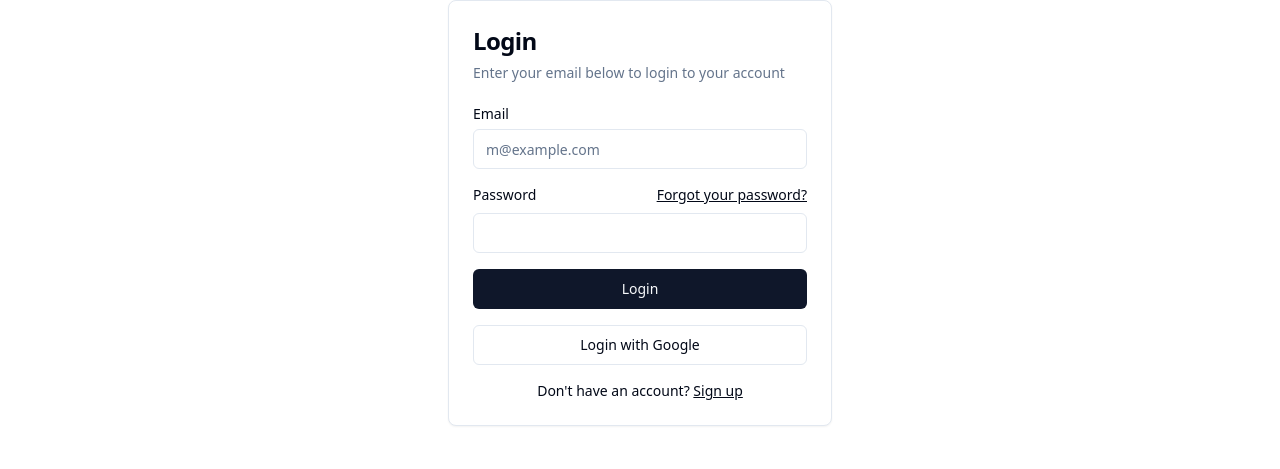
Repository: ifeanyidavid/yabta
Page: / (app in frontend/)
An editor plug-in stored every save of this project. The page is shown before and after a run of saves, followed by the edit.
The browser window is 1280 px wide. The pictures show the whole page.
The project was rebuilt for these pictures with package versions that can differ from the ones it lists, and the page was loaded fresh each time. Also part of the build but not shown: frontend/vite.config.ts.

Above is the page before, as saved 2024-07-12 22:09:03.

### frontend/src/main.tsx
import React from 'react'
import ReactDOM from 'react-dom/client'
import '@/styles/global.css'
import App from './App.tsx'

ReactDOM.createRoot(document.getElementById('root')!).render(
  <React.StrictMode>
    <App />
  </React.StrictMode>,
)

### frontend/src/styles/global.css
@tailwind base;
  @tailwind components;
  @tailwind utilities;

  @layer base {
    :root {
      --background: 0 0% 100%;
      --foreground: 222.2 84% 4.9%;
      --card: 0 0% 100%;
      --card-foreground: 222.2 84% 4.9%;
      --popover: 0 0% 100%;
      --popover-foreground: 222.2 84% 4.9%;
      --primary: 222.2 47.4% 11.2%;
      --primary-foreground: 210 40% 98%;
      --secondary: 210 40% 96.1%;
      --secondary-foreground: 222.2 47.4% 11.2%;
      --muted: 210 40% 96.1%;
      --muted-foreground: 215.4 16.3% 46.9%;
      --accent: 210 40% 96.1%;
      --accent-foreground: 222.2 47.4% 11.2%;
      --destructive: 0 84.2% 60.2%;
      --destructive-foreground: 210 40% 98%;
      --border: 214.3 31.8% 91.4%;
      --input: 214.3 31.8% 91.4%;
      --ring: 222.2 84% 4.9%;
      --radius: 0.5rem;
      --chart-1: 12 76% 61%;
      --chart-2: 173 58% 39%;
      --chart-3: 197 37% 24%;
      --chart-4: 43 74% 66%;
      --chart-5: 27 87% 67%;
    }

    .dark {
      --background: 222.2 84% 4.9%;
      --foreground: 210 40% 98%;
      --card: 222.2 84% 4.9%;
      --card-foreground: 210 40% 98%;
      --popover: 222.2 84% 4.9%;
      --popover-foreground: 210 40% 98%;
      --primary: 210 40% 98%;
      --primary-foreground: 222.2 47.4% 11.2%;
      --secondary: 217.2 32.6% 17.5%;
      --secondary-foreground: 210 40% 98%;
      --muted: 217.2 32.6% 17.5%;
      --muted-foreground: 215 20.2% 65.1%;
      --accent: 217.2 32.6% 17.5%;
      --accent-foreground: 210 40% 98%;
      --destructive: 0 62.8% 30.6%;
      --destructive-foreground: 210 40% 98%;
      --border: 217.2 32.6% 17.5%;
      --input: 217.2 32.6% 17.5%;
      --ring: 212.7 26.8% 83.9%;
      --chart-1: 220 70% 50%;
      --chart-2: 160 60% 45%;
      --chart-3: 30 80% 55%;
      --chart-4: 280 65% 60%;
      --chart-5: 340 75% 55%;
    }
  }

  @layer base {
    * {
      @apply border-border;
    }
    body {
      @apply bg-background text-foreground;
    }
  }

### frontend/src/App.tsx
import { LoginCard } from "@/components/login-card";

function App() {
  return (
    <>
      <LoginCard />
    </>
  );
}

export default App;

### frontend/src/components/login-card.tsx
import { Card, CardHeader, CardTitle, CardDescription, CardContent } from "@/components/ui/card"
import { Label } from "@/components/ui/label"
import { Input } from "@/components/ui/input"
import Link from "next/link"
import { Button } from "@/components/ui/button"

export function LoginCard() {
  return (
    <Card className="mx-auto max-w-sm">
      <CardHeader>
        <CardTitle className="text-2xl">Login</CardTitle>
        <CardDescription>Enter your email below to login to your account</CardDescription>
      </CardHeader>
      <CardContent>
        <div className="grid gap-4">
          <div className="grid gap-2">
            <Label htmlFor="email">Email</Label>
            <Input id="email" type="email" placeholder="m@example.com" required />
          </div>
          <div className="grid gap-2">
            <div className="flex items-center">
              <Label htmlFor="password">Password</Label>
              <Link href="#" className="ml-auto inline-block text-sm underline" prefetch={false}>
                Forgot your password?
              </Link>
            </div>
            <Input id="password" type="password" required />
          </div>
          <Button type="submit" className="w-full">
            Login
          </Button>
          <Button variant="outline" className="w-full">
            Login with Google
          </Button>
        </div>
        <div className="mt-4 text-center text-sm">
          Don&apos;t have an account?{" "}
          <Link href="#" className="underline" prefetch={false}>
            Sign up
          </Link>
        </div>
      </CardContent>
    </Card>
  )
}

### frontend/src/components/ui/card.tsx
import * as React from "react"

import { cn } from "@/lib/utils"

const Card = React.forwardRef<
  HTMLDivElement,
  React.HTMLAttributes<HTMLDivElement>
>(({ className, ...props }, ref) => (
  <div
    ref={ref}
    className={cn(
      "rounded-lg border bg-card text-card-foreground shadow-sm",
      className
    )}
    {...props}
  />
))
Card.displayName = "Card"

const CardHeader = React.forwardRef<
  HTMLDivElement,
  React.HTMLAttributes<HTMLDivElement>
>(({ className, ...props }, ref) => (
  <div
    ref={ref}
    className={cn("flex flex-col space-y-1.5 p-6", className)}
    {...props}
  />
))
CardHeader.displayName = "CardHeader"

const CardTitle = React.forwardRef<
  HTMLParagraphElement,
  React.HTMLAttributes<HTMLHeadingElement>
>(({ className, ...props }, ref) => (
  <h3
    ref={ref}
    className={cn(
      "text-2xl font-semibold leading-none tracking-tight",
      className
    )}
    {...props}
  />
))
CardTitle.displayName = "CardTitle"

const CardDescription = React.forwardRef<
  HTMLParagraphElement,
  React.HTMLAttributes<HTMLParagraphElement>
>(({ className, ...props }, ref) => (
  <p
    ref={ref}
    className={cn("text-sm text-muted-foreground", className)}
    {...props}
  />
))
CardDescription.displayName = "CardDescription"

const CardContent = React.forwardRef<
  HTMLDivElement,
  React.HTMLAttributes<HTMLDivElement>
>(({ className, ...props }, ref) => (
  <div ref={ref} className={cn("p-6 pt-0", className)} {...props} />
))
CardContent.displayName = "CardContent"

const CardFooter = React.forwardRef<
  HTMLDivElement,
  React.HTMLAttributes<HTMLDivElement>
>(({ className, ...props }, ref) => (
  <div
    ref={ref}
    className={cn("flex items-center p-6 pt-0", className)}
    {...props}
  />
))
CardFooter.displayName = "CardFooter"

export { Card, CardHeader, CardFooter, CardTitle, CardDescription, CardContent }

### frontend/src/components/ui/label.tsx
"use client"

import * as React from "react"
import * as LabelPrimitive from "@radix-ui/react-label"
import { cva, type VariantProps } from "class-variance-authority"

import { cn } from "@/lib/utils"

const labelVariants = cva(
  "text-sm font-medium leading-none peer-disabled:cursor-not-allowed peer-disabled:opacity-70"
)

const Label = React.forwardRef<
  React.ElementRef<typeof LabelPrimitive.Root>,
  React.ComponentPropsWithoutRef<typeof LabelPrimitive.Root> &
    VariantProps<typeof labelVariants>
>(({ className, ...props }, ref) => (
  <LabelPrimitive.Root
    ref={ref}
    className={cn(labelVariants(), className)}
    {...props}
  />
))
Label.displayName = LabelPrimitive.Root.displayName

export { Label }

### frontend/src/components/ui/input.tsx
import * as React from "react"

import { cn } from "@/lib/utils"

export interface InputProps
  extends React.InputHTMLAttributes<HTMLInputElement> {}

const Input = React.forwardRef<HTMLInputElement, InputProps>(
  ({ className, type, ...props }, ref) => {
    return (
      <input
        type={type}
        className={cn(
          "flex h-10 w-full rounded-md border border-input bg-background px-3 py-2 text-sm ring-offset-background file:border-0 file:bg-transparent file:text-sm file:font-medium placeholder:text-muted-foreground focus-visible:outline-none focus-visible:ring-2 focus-visible:ring-ring focus-visible:ring-offset-2 disabled:cursor-not-allowed disabled:opacity-50",
          className
        )}
        ref={ref}
        {...props}
      />
    )
  }
)
Input.displayName = "Input"

export { Input }

### frontend/src/components/ui/button.tsx
import * as React from "react"
import { Slot } from "@radix-ui/react-slot"
import { cva, type VariantProps } from "class-variance-authority"

import { cn } from "@/lib/utils"

const buttonVariants = cva(
  "inline-flex items-center justify-center whitespace-nowrap rounded-md text-sm font-medium ring-offset-background transition-colors focus-visible:outline-none focus-visible:ring-2 focus-visible:ring-ring focus-visible:ring-offset-2 disabled:pointer-events-none disabled:opacity-50",
  {
    variants: {
      variant: {
        default: "bg-primary text-primary-foreground hover:bg-primary/90",
        destructive:
          "bg-destructive text-destructive-foreground hover:bg-destructive/90",
        outline:
          "border border-input bg-background hover:bg-accent hover:text-accent-foreground",
        secondary:
          "bg-secondary text-secondary-foreground hover:bg-secondary/80",
        ghost: "hover:bg-accent hover:text-accent-foreground",
        link: "text-primary underline-offset-4 hover:underline",
      },
      size: {
        default: "h-10 px-4 py-2",
        sm: "h-9 rounded-md px-3",
        lg: "h-11 rounded-md px-8",
        icon: "h-10 w-10",
      },
    },
    defaultVariants: {
      variant: "default",
      size: "default",
    },
  }
)

export interface ButtonProps
  extends React.ButtonHTMLAttributes<HTMLButtonElement>,
    VariantProps<typeof buttonVariants> {
  asChild?: boolean
}

const Button = React.forwardRef<HTMLButtonElement, ButtonProps>(
  ({ className, variant, size, asChild = false, ...props }, ref) => {
    const Comp = asChild ? Slot : "button"
    return (
      <Comp
        className={cn(buttonVariants({ variant, size, className }))}
        ref={ref}
        {...props}
      />
    )
  }
)
Button.displayName = "Button"

export { Button, buttonVariants }

Loaded but not shown: frontend/index.html (common file); frontend/src/lib/utils.ts (common file); frontend/tailwind.config.js (common file)

After the next 3 saves:
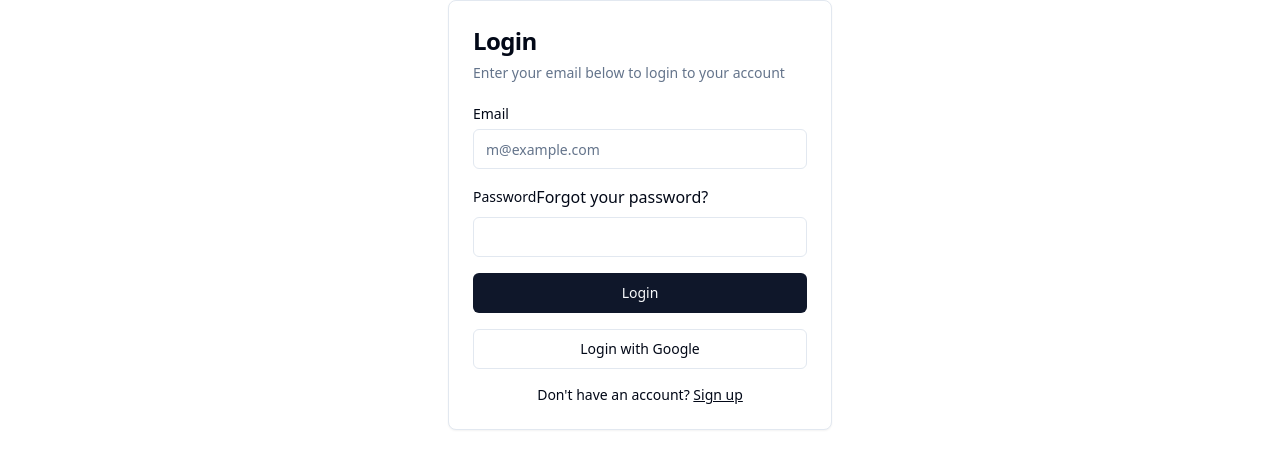
The 3 saves are shown as one change because 1 did not build or start and some came seconds apart.
The last was saved 3 min 3 s later.
--- a/frontend/src/components/login-card.tsx
+++ b/frontend/src/components/login-card.tsx
@@ -20,9 +20,10 @@ export function LoginCard() {
           <div className="grid gap-2">
             <div className="flex items-center">
               <Label htmlFor="password">Password</Label>
-              <Link href="#" className="ml-auto inline-block text-sm underline" prefetch={false}>
+              {/* <Link href="#" className="ml-auto inline-block text-sm underline" prefetch={false}>
                 Forgot your password?
-              </Link>
+              </Link> */}
+              <a>Forgot your password?</a>
             </div>
             <Input id="password" type="password" required />
           </div>
